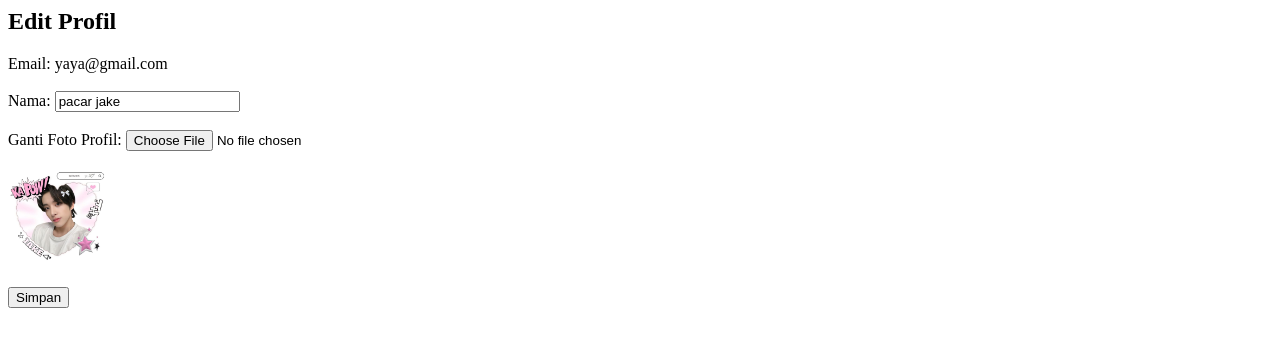
Repository: zhr-nabila/FloTime
Page: http://localhost/profile.php
These files come from the project's save history. The page is drawn as it stood at one moment and after the next save; the edit follows.
The browser window is 1280 px wide. The pictures show the whole page.
The page is run by PHP 8.4 with error messages shown; the project is at /var/www/html/. The session is filled in as if someone had signed in: {"email": "yaya@gmail.com", "status": "login", "user_id": 2}. Other server files are loaded and not shown. The database holds what the project's SQL file puts in it.

Above is the page before, as saved 2025-04-29 17:34:23.

### profile.php
<?php
session_start();
require 'koneksi.php';

if (!isset($_SESSION['status']) || $_SESSION['status'] != "login") {
    header("Location: login.php");
    exit();
}

$user_id = $_SESSION['user_id'];
$email = $_SESSION['email'];

// Ambil data user
$query = $conn->query("SELECT * FROM users WHERE id = $user_id");
$user = $query->fetch_assoc();
?>

<h2>Edit Profil</h2>
<form method="POST" enctype="multipart/form-data" action="update_profile.php">
    <label>Email: <?= htmlspecialchars($user['email']) ?></label><br><br>

    <label>Nama:</label>
    <input type="text" name="name" value="<?= htmlspecialchars($user['name'] ?? '') ?>" required><br><br>

    <label>Ganti Foto Profil:</label>
    <input type="file" name="photo"><br><br>

    <?php if (!empty($user['photo'])): ?>
        <img src="uploads/<?= htmlspecialchars($user['photo']) ?>" alt="Foto Profil" width="100"><br><br>
    <?php endif; ?>

    <button type="submit" name="update_profile">Simpan</button>
</form>

### koneksi.php
<?php
$host = "localhost";
$user = "root";
$pass = "";
$db = "todolist";

$conn = mysqli_connect($host, $user, $pass, $db);

if (!$conn) {
    die("Koneksi gagal: " . mysqli_connect_error());
}

### todolist.sql (the tables this page reads)
CREATE TABLE `users` (
  `id` int(11) NOT NULL,
  `email` varchar(255) NOT NULL,
  `name` varchar(100) DEFAULT NULL,
  `password` varchar(255) NOT NULL,
  `photo` varchar(255) DEFAULT NULL
) ENGINE=InnoDB DEFAULT CHARSET=utf8mb4 COLLATE=utf8mb4_general_ci;

INSERT INTO `users` (`id`, `email`, `name`, `password`, `photo`) VALUES
(2, 'yaya@gmail.com', 'pacar jake', '1234', '682bf641de05a.jpeg');

ALTER TABLE `users`
  ADD PRIMARY KEY (`id`),
  ADD UNIQUE KEY `email` (`email`);

ALTER TABLE `users`
  MODIFY `id` int(11) NOT NULL AUTO_INCREMENT, AUTO_INCREMENT=4;

After the next save:
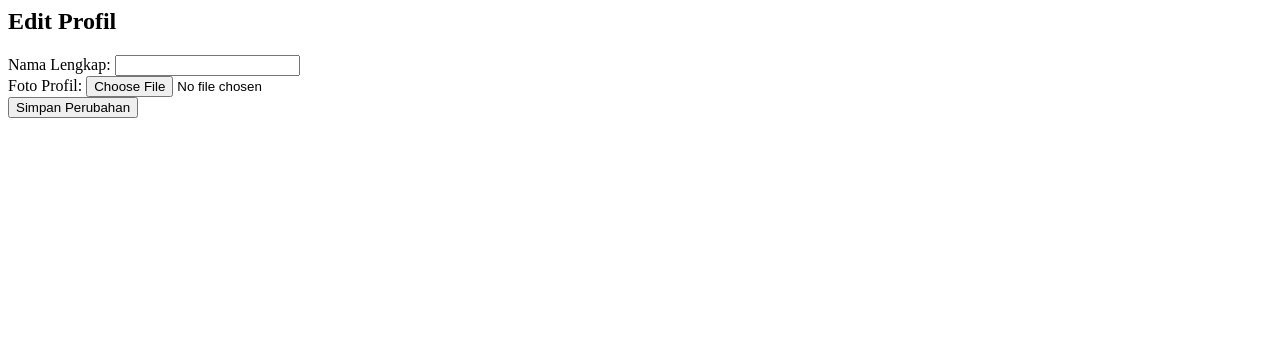
Saved 7 min 44 s later.
--- a/profile.php
+++ b/profile.php
@@ -16,18 +16,14 @@ $user = $query->fetch_assoc();
 ?>
 
 <h2>Edit Profil</h2>
-<form method="POST" enctype="multipart/form-data" action="update_profile.php">
-    <label>Email: <?= htmlspecialchars($user['email']) ?></label><br><br>
-
-    <label>Nama:</label>
-    <input type="text" name="name" value="<?= htmlspecialchars($user['name'] ?? '') ?>" required><br><br>
-
-    <label>Ganti Foto Profil:</label>
-    <input type="file" name="photo"><br><br>
-
-    <?php if (!empty($user['photo'])): ?>
-        <img src="uploads/<?= htmlspecialchars($user['photo']) ?>" alt="Foto Profil" width="100"><br><br>
-    <?php endif; ?>
-
-    <button type="submit" name="update_profile">Simpan</button>
+<form action="update_profile.php" method="POST" enctype="multipart/form-data">
+    <div class="mb-3">
+        <label for="name">Nama Lengkap:</label>
+        <input type="text" class="form-control" name="name" id="name" required>
+    </div>
+    <div class="mb-3">
+        <label for="photo">Foto Profil:</label>
+        <input type="file" class="form-control" name="photo" id="photo" accept="image/*">
+    </div>
+    <button type="submit" class="btn btn-primary">Simpan Perubahan</button>
 </form>
